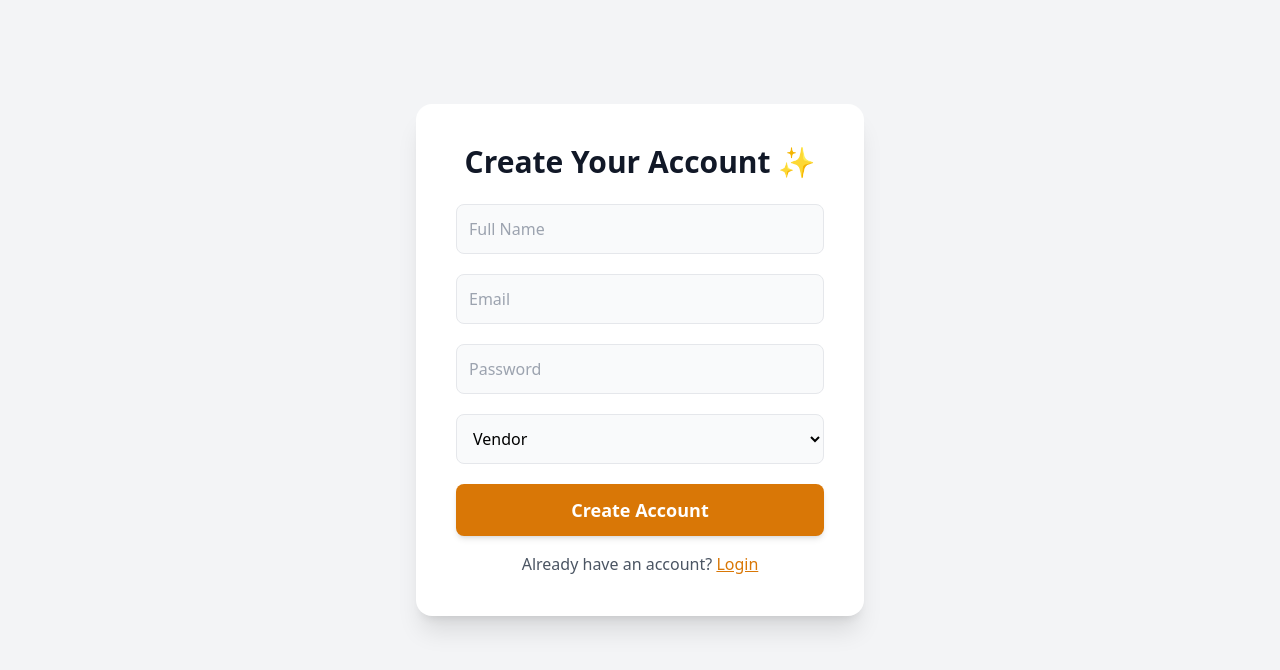
Repository: Omkar0746/VendorLink_Hackathon
Page: VendorLink_Project-main/frontend/signup.html
The author's editor kept a copy of each file at every save. The page is drawn from the files as they stood at one save, then again after the next save.
The browser window is 1280 px wide. The pictures show the whole page.
Some web libraries are served in a nearby version.

Above is the page before, as saved 2025-11-27 16:35:44.
Console error: SyntaxError: Identifier 'getUser' has already been declared

### VendorLink_Project-main/frontend/signup.html
<!DOCTYPE html>
<html lang="en" class="bg-gray-100 dark:bg-gray-900">
<head>
  <meta charset="UTF-8">
  <script src="https://cdn.tailwindcss.com"></script>
  <script>tailwind.config = { darkMode: "class" }</script>
  <title>Signup • VendorLink</title>
</head>

<body class="flex items-center justify-center min-h-screen">

<div class="bg-white dark:bg-gray-800 shadow-xl rounded-2xl p-10 w-full max-w-md">

  <h1 class="text-3xl font-bold text-center text-gray-900 dark:text-gray-100 mb-6">
    Create Your Account ✨
  </h1>

  <form id="signupForm" class="space-y-5">

    <input id="name" placeholder="Full Name"
           class="w-full p-3 rounded-lg border dark:border-gray-700 bg-gray-50 dark:bg-gray-900 dark:text-gray-100" required>

    <input id="email" placeholder="Email"
           class="w-full p-3 rounded-lg border dark:border-gray-700 bg-gray-50 dark:bg-gray-900 dark:text-gray-100" required>

    <input id="password" type="password" placeholder="Password"
           class="w-full p-3 rounded-lg border dark:border-gray-700 bg-gray-50 dark:bg-gray-900 dark:text-gray-100" required>

    <select id="role"
            class="w-full p-3 rounded-lg border dark:border-gray-700 bg-gray-50 dark:bg-gray-900 dark:text-gray-100" required>
      <option value="vendor">Vendor</option>
      <option value="supplier">Supplier</option>
    </select>

    <button class="w-full bg-amber-600 hover:bg-amber-700 text-white py-3 rounded-lg text-lg font-semibold shadow-md">
      Create Account
    </button>
  </form>

  <p class="text-center mt-4 text-gray-600 dark:text-gray-300">
      Already have an account? <a href="login.html" class="text-amber-600 dark:text-amber-400 underline">Login</a>
  </p>
</div>

<script type="module" src="assets/js/signup.js"></script>
</body>
</html>

### VendorLink_Project-main/frontend/assets/js/signup.js
import { api } from "./api.js";
import { initThemeToggle } from "./utils.js";

initThemeToggle();

const form = document.getElementById("signupForm");

form.addEventListener("submit", async (e) => {
  e.preventDefault();
  const name = document.getElementById("name").value.trim();
  const email = document.getElementById("email").value.trim();
  const password = document.getElementById("password").value;
  const role = document.getElementById("role").value;

  try {
    await api("/auth/signup", "POST", { name, email, password, role });
    alert("Signup successful, please login.");
    window.location.href = "login.html";
  } catch (err) {
    alert(err.message);
  }
});

### VendorLink_Project-main/frontend/assets/js/api.js
export const API_BASE = "http://localhost:5000/api";

export async function api(endpoint, method = "GET", body = null, auth = false) {
  const headers = { "Content-Type": "application/json" };
  if (auth) {
    const token = localStorage.getItem("token");
    if (token) headers["Authorization"] = `Bearer ${token}`;
  }

  const res = await fetch(`${API_BASE}${endpoint}`, {
    method,
    headers,
    body: body ? JSON.stringify(body) : null
  });

  const data = await res.json();
  if (!res.ok) throw new Error(data.error || data.message || "Request failed");
  return data;
}

### VendorLink_Project-main/frontend/assets/js/utils.js
export function getUser() {
  const raw = localStorage.getItem("user");
  return raw ? JSON.parse(raw) : null;
}

export function protectPage(requiredRole = null) {
  const token = localStorage.getItem("token");
  const user = getUser();
  if (!token || !user) {
    window.location.href = "login.html";
    return;
  }
  if (requiredRole && user.role !== requiredRole) {
    alert("You are not allowed to view this page.");
    window.location.href = "index.html";
  }
}

export function logout() {
  localStorage.removeItem("token");
  localStorage.removeItem("user");
  window.location.href = "login.html";
}

// Dark mode
export function initThemeToggle() {
  const html = document.documentElement;
  const stored = localStorage.getItem("theme") || "light";
  if (stored === "dark") html.classList.add("dark");

  const btn = document.getElementById("themeToggle");
  if (!btn) return;

  btn.addEventListener("click", () => {
    html.classList.toggle("dark");
    const isDark = html.classList.contains("dark");
    localStorage.setItem("theme", isDark ? "dark" : "light");
  });
}

// assets/js/utils.js

export function getUser() {
  const raw = localStorage.getItem("user");
  try {
    return raw ? JSON.parse(raw) : null;
  } catch {
    return null;
  }
}

export function logout() {
  localStorage.removeItem("token");
  localStorage.removeItem("user");
  window.location.href = "login.html";
}

export function initThemeToggle() {
  const html = document.documentElement;
  const saved = localStorage.getItem("theme") || "light";
  if (saved === "dark") html.classList.add("dark");

  const btn = document.getElementById("themeToggle");
  if (!btn) return;

  btn.addEventListener("click", () => {
    html.classList.toggle("dark");
    const isDark = html.classList.contains("dark");
    localStorage.setItem("theme", isDark ? "dark" : "light");
  });
}

### VendorLink_Project-main/frontend/assets/js/navbar.js
// assets/js/navbar.js
import { getUser, logout, initThemeToggle } from "./utils.js";

document.addEventListener("DOMContentLoaded", () => {
  initThemeToggle();

  const user = getUser();

  const guestBox = document.getElementById("nav-auth-guest");
  const userBox = document.getElementById("nav-auth-user");
  const supplierLink = document.getElementById("nav-supplier-link");
  const profileLink = document.getElementById("nav-profile-link");
  const usernameSpan = document.getElementById("nav-username");
  const logoutBtn = document.getElementById("nav-logout-btn");

  if (!guestBox || !userBox) return;

  if (user) {
    guestBox.classList.add("hidden");
    userBox.classList.remove("hidden");
    if (profileLink) profileLink.classList.remove("hidden");
    if (usernameSpan) usernameSpan.textContent = user.name || "Account";

    if (supplierLink) {
      if (user.role === "supplier") supplierLink.classList.remove("hidden");
      else supplierLink.classList.add("hidden");
    }

    if (logoutBtn) logoutBtn.addEventListener("click", logout);
  } else {
    guestBox.classList.remove("hidden");
    userBox.classList.add("hidden");
    if (supplierLink) supplierLink.classList.add("hidden");
    if (profileLink) profileLink.classList.add("hidden");
  }
});

After the next save:
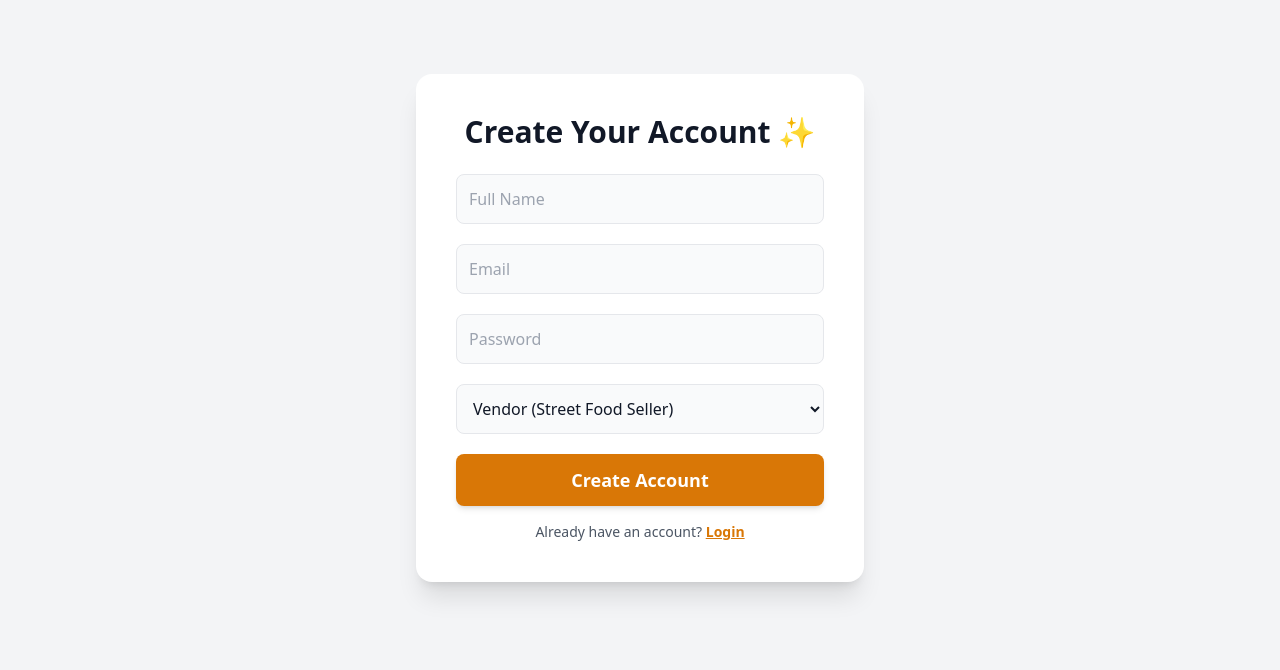
Saved 9 s later.
--- a/VendorLink_Project-main/frontend/signup.html
+++ b/VendorLink_Project-main/frontend/signup.html
@@ -2,46 +2,49 @@
 <html lang="en" class="bg-gray-100 dark:bg-gray-900">
 <head>
   <meta charset="UTF-8">
+  <title>Sign Up • VendorLink</title>
   <script src="https://cdn.tailwindcss.com"></script>
   <script>tailwind.config = { darkMode: "class" }</script>
-  <title>Signup • VendorLink</title>
 </head>
+<body class="text-gray-900 dark:text-gray-100">
 
-<body class="flex items-center justify-center min-h-screen">
+  <!-- NAVBAR (same as above) -->
+  <!-- ... copy navbar block here ... -->
 
-<div class="bg-white dark:bg-gray-800 shadow-xl rounded-2xl p-10 w-full max-w-md">
+  <main class="min-h-[calc(100vh-64px)] flex items-center justify-center px-4">
+    <div class="bg-white dark:bg-gray-800 shadow-xl rounded-2xl p-10 w-full max-w-md">
+      <h1 class="text-3xl font-bold text-center mb-6">Create Your Account ✨</h1>
 
-  <h1 class="text-3xl font-bold text-center text-gray-900 dark:text-gray-100 mb-6">
-    Create Your Account ✨
-  </h1>
+      <form id="signupForm" class="space-y-5">
+        <input id="name" placeholder="Full Name"
+               class="w-full p-3 rounded-lg border dark:border-gray-700 bg-gray-50 dark:bg-gray-900 dark:text-gray-100" required>
 
-  <form id="signupForm" class="space-y-5">
+        <input id="email" type="email" placeholder="Email"
+               class="w-full p-3 rounded-lg border dark:border-gray-700 bg-gray-50 dark:bg-gray-900 dark:text-gray-100" required>
 
-    <input id="name" placeholder="Full Name"
-           class="w-full p-3 rounded-lg border dark:border-gray-700 bg-gray-50 dark:bg-gray-900 dark:text-gray-100" required>
+        <input id="password" type="password" placeholder="Password"
+               class="w-full p-3 rounded-lg border dark:border-gray-700 bg-gray-50 dark:bg-gray-900 dark:text-gray-100" required>
 
-    <input id="email" placeholder="Email"
-           class="w-full p-3 rounded-lg border dark:border-gray-700 bg-gray-50 dark:bg-gray-900 dark:text-gray-100" required>
+        <select id="role"
+                class="w-full p-3 rounded-lg border dark:border-gray-700 bg-gray-50 dark:bg-gray-900 dark:text-gray-100" required>
+          <option value="vendor">Vendor (Street Food Seller)</option>
+          <option value="supplier">Supplier (Raw Material Provider)</option>
+        </select>
 
-    <input id="password" type="password" placeholder="Password"
-           class="w-full p-3 rounded-lg border dark:border-gray-700 bg-gray-50 dark:bg-gray-900 dark:text-gray-100" required>
+        <button
+          class="w-full bg-amber-600 hover:bg-amber-700 text-white py-3 rounded-lg text-lg font-semibold shadow-md">
+          Create Account
+        </button>
+      </form>
 
-    <select id="role"
-            class="w-full p-3 rounded-lg border dark:border-gray-700 bg-gray-50 dark:bg-gray-900 dark:text-gray-100" required>
-      <option value="vendor">Vendor</option>
-      <option value="supplier">Supplier</option>
-    </select>
+      <p class="text-center mt-4 text-sm text-gray-600 dark:text-gray-300">
+        Already have an account?
+        <a href="login.html" class="text-amber-600 dark:text-amber-400 font-semibold underline">Login</a>
+      </p>
+    </div>
+  </main>
 
-    <button class="w-full bg-amber-600 hover:bg-amber-700 text-white py-3 rounded-lg text-lg font-semibold shadow-md">
-      Create Account
-    </button>
-  </form>
-
-  <p class="text-center mt-4 text-gray-600 dark:text-gray-300">
-      Already have an account? <a href="login.html" class="text-amber-600 dark:text-amber-400 underline">Login</a>
-  </p>
-</div>
-
-<script type="module" src="assets/js/signup.js"></script>
+  <script type="module" src="assets/js/signup.js"></script>
+  <script type="module" src="assets/js/navbar.js"></script>
 </body>
 </html>
